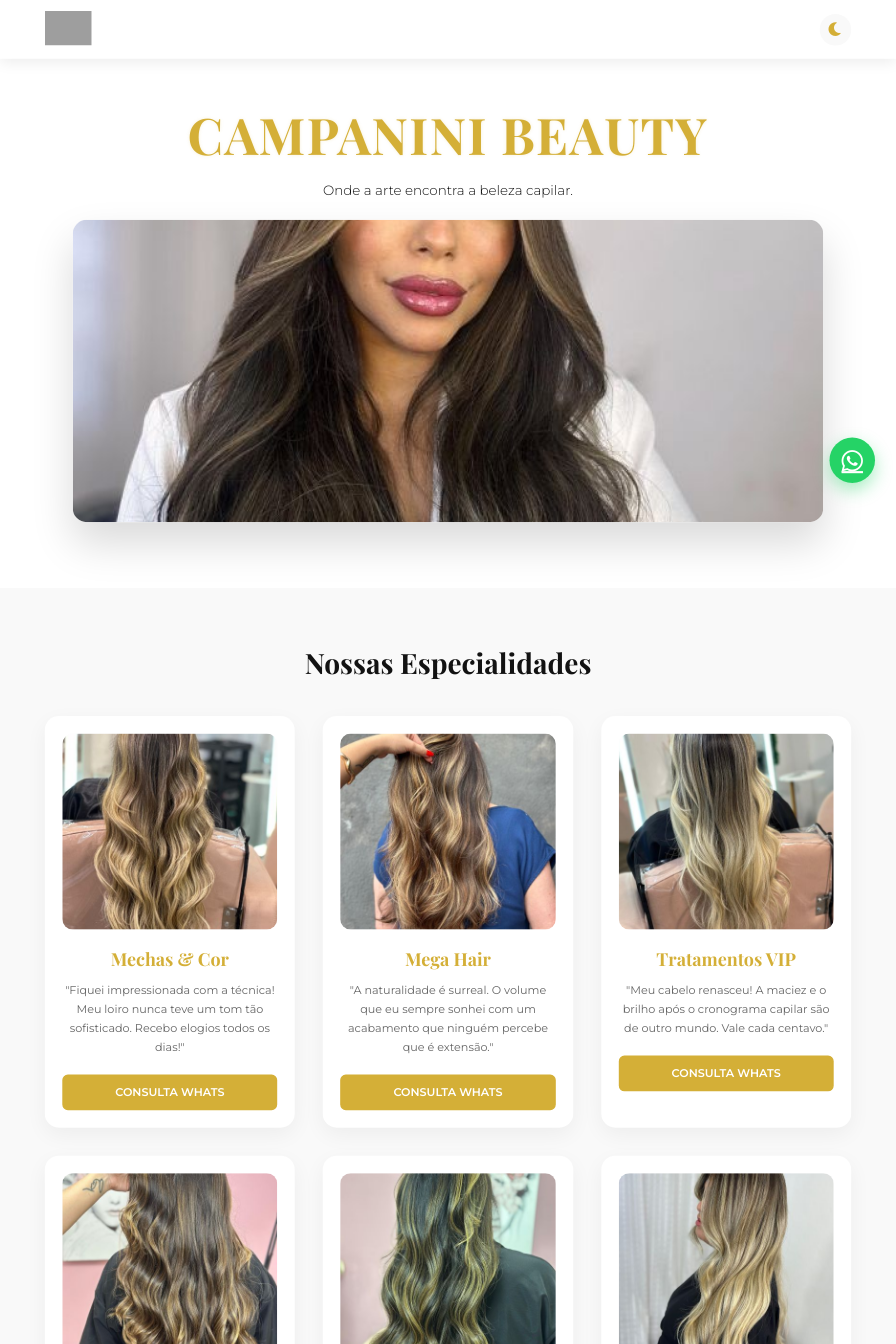
Repository: Sandro1969-tech/campanini-beauty
Page: index.html
These files come from the project's save history. The page is drawn as it stood at one moment and after a run of saves; the edit follows.
The browser window is 1280 px wide. The pictures show the part of the page from y = 0 to 1920 px (the page is 3604 px tall before and 3564 px after), at 70% of full size.
Pictures or frames that could not be fetched are drawn as grey boxes. Some web fonts or font styles are not loaded; a fallback is used.

Above is the page before, as saved 2026-02-17 11:50:44.

After the next 2 saves:
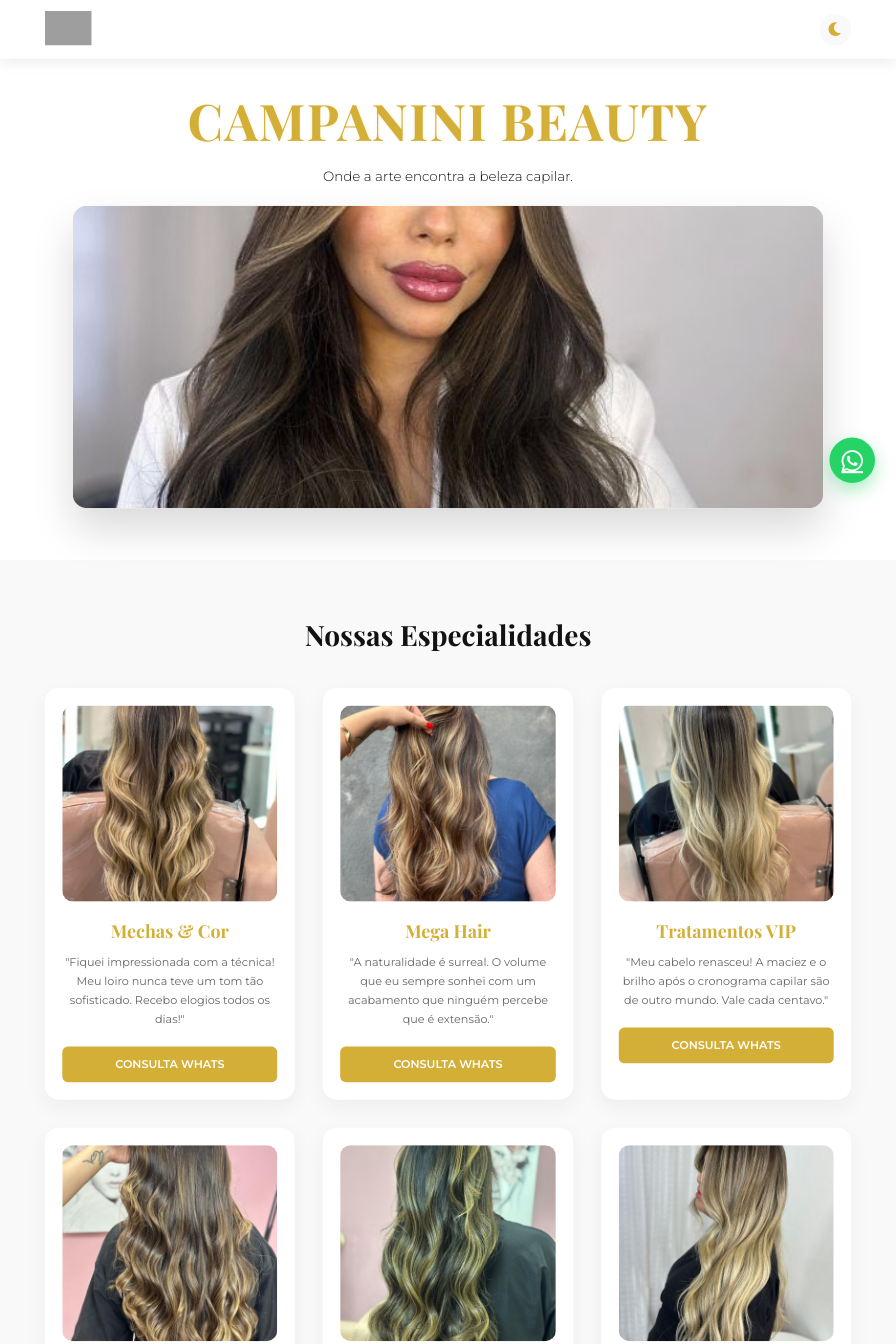
The 2 saves are shown as one change because they came seconds apart.
The last was saved 8 min 36 s later.
--- a/index.html
+++ b/index.html
@@ -62,7 +62,7 @@
         /* --- Hero Section --- */
         .hero {
             text-align: center;
-            padding: 60px 5%;
+            padding: 40px 5%;
             max-width: 1200px;
             margin: 0 auto;
         }
